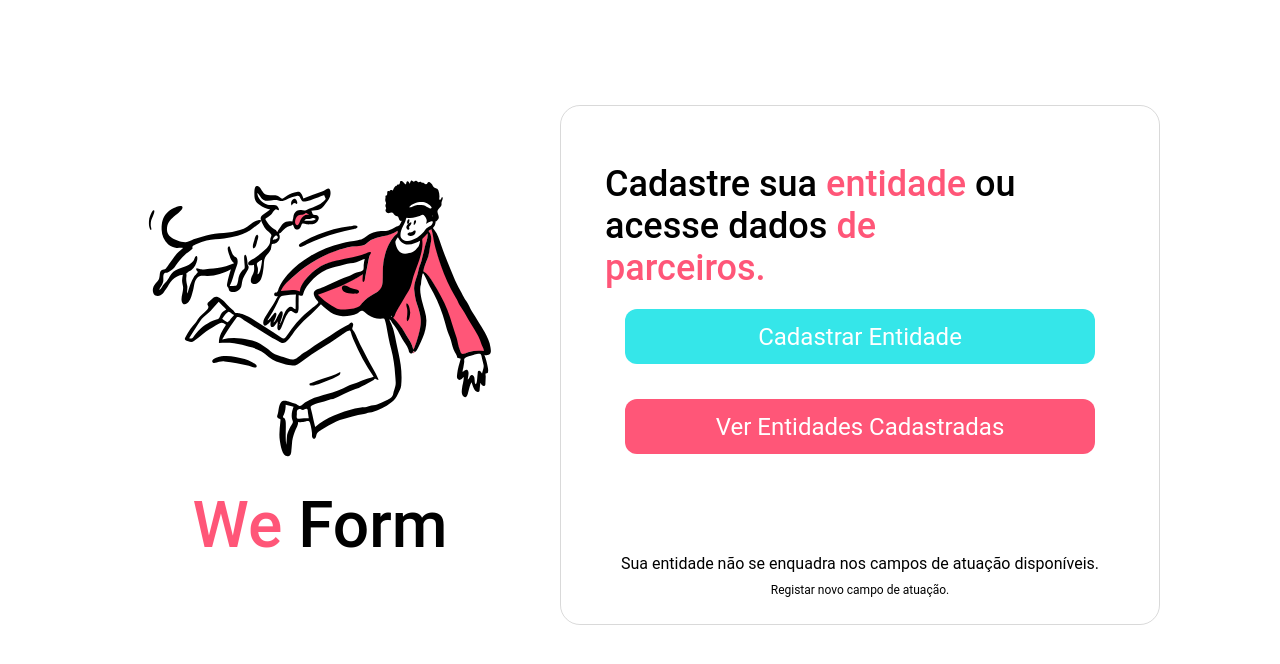
Repository: guilhermecardoso93/we-form
Page: index.html
An editor plug-in stored every save of this project. The page is shown before and after the next save, followed by the edit.
The browser window is 1280 px wide. The pictures show the whole page.
Some web libraries are served in a nearby version.

Above is the page before, as saved 2024-06-09 17:56:04.

### index.html
<!DOCTYPE html>
<html lang="pt-BR">

<head>
    <meta charset="UTF-8">
    <meta name="viewport" content="width=device-width, initial-scale=1.0">
    <link rel="stylesheet" href="https://cdnjs.cloudflare.com/ajax/libs/font-awesome/5.13.1/css/all.min.css">
    <link rel="stylesheet" href="./styles.css">
    <title>We Form | Cadastrar</title>
</head>

<body>
    <div class="content">

        <aside>
            <img src="./assets/hero.svg" alt="Ilustração mulher com cachorro" />
            <h1>
                <span>We</span> Form
            </h1>
        </aside>

        <main>
            <h2>Cadastre sua <span>entidade</span> ou acesse dados <span>de parceiros.</span></h2>
            <div class="buttons">
                <button>
                <a href="nova-entidade.html">Cadastrar Entidade</a>
            </button>
                <button>
                <a href="./nova-entidade.html">Ver Entidades Cadastradas</a>
            </button>
            </div>
            <div class="footer">
                <p>Sua entidade não se enquadra nos campos de atuação disponíveis.</p>
                <a href="http://">Registar novo campo de atuação.</a>
            </div>
        </main>
    </div>
</body>

</html>

### styles.css
* {
  padding: 0;
  margin: 0;
  box-sizing: border-box;
  font-family: Roboto, sans-serif;
}

:root {
  font-size: 62.5%;
}

body {
  font-size: 1.6rem;
  text-decoration: none;
}

.content {
 display: flex;
 flex-wrap: wrap-reverse;
 align-items: center;
 justify-content:center;
 gap: 4rem;
 margin: 10.5rem 0 4rem 0;
}


aside {
  display: flex;
  flex-direction: column;
  align-items: center;
  justify-content: center;
  gap: 2rem;
}

aside h1 {
  font-size: 6.4rem;
  font-weight: 500;
  line-height: 75px;
}

aside h1>span, main h2>span {
  color: #FF5678;
}

aside img {
  width: 40rem;
}


main {
  width: 60rem;
  height: 52rem;
  border: 1px solid rgba(0, 0, 0, 0.15);
  border-radius: 20px;
  padding: 5.7rem 4.4rem;
}

main h2 {
  max-width: 43rem;
  font-size: 3.6rem;
  font-weight: 500;
}

.buttons {
  display: flex;
  flex-direction: column;
  justify-content: center;
  gap: 3.5rem;
  margin: 2rem;
}


.buttons button {
  background-color: #35e6e9;
  height: 5.5rem;
  border: none;
  border-radius: 12px;
}

.buttons button:hover {
  opacity: 0.5;
}

.buttons button a {
  text-decoration: none;
  color: #fff;
  font-size: 2.4rem;
}

.buttons button+button {
  background-color: #FF5678;
}

.footer {
  display: flex;
  flex-direction: column;
  align-items: center;
  justify-content: center;
  gap: 1rem;
}

.footer p {
  font-size: 1.6rem;
  margin-top: 8rem;
}

.footer a {
  font-size: 1.2rem;
  color: #000;
  text-decoration: none;
}

After the next save:
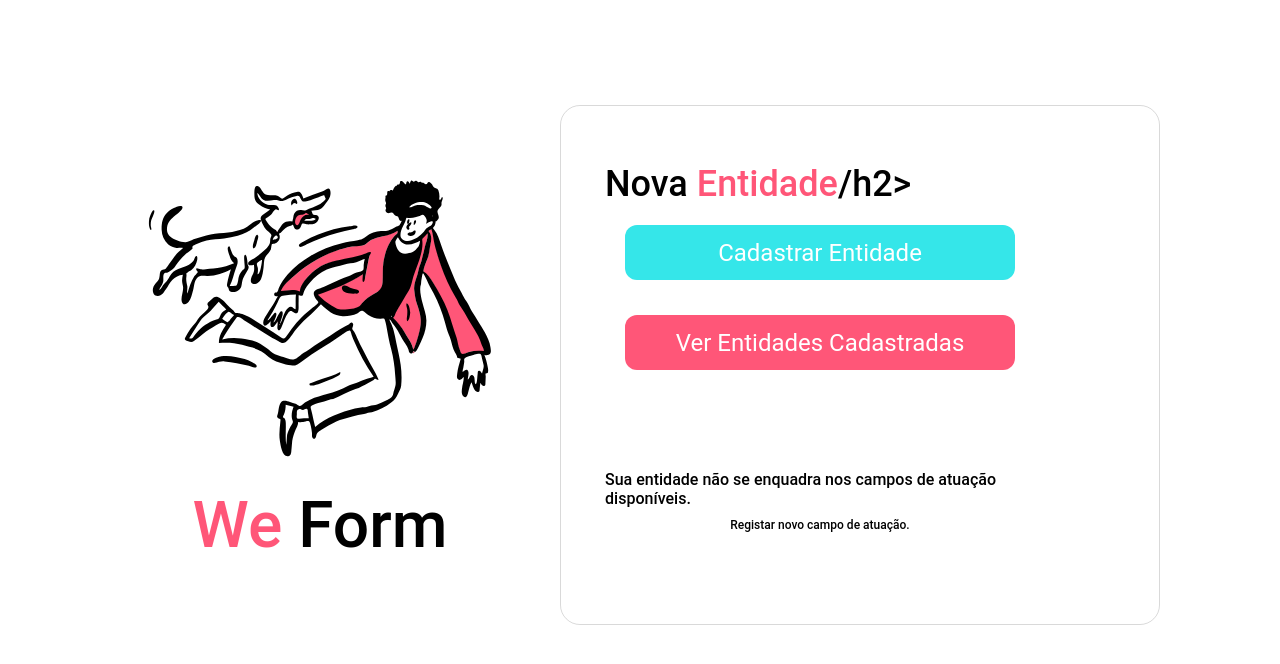
Saved 36 s later.
--- a/index.html
+++ b/index.html
@@ -20,7 +20,7 @@
         </aside>
 
         <main>
-            <h2>Cadastre sua <span>entidade</span> ou acesse dados <span>de parceiros.</span></h2>
+            <h2>Nova <span>Entidade</span>/h2>
             <div class="buttons">
                 <button>
                 <a href="nova-entidade.html">Cadastrar Entidade</a>

After the save that followed:
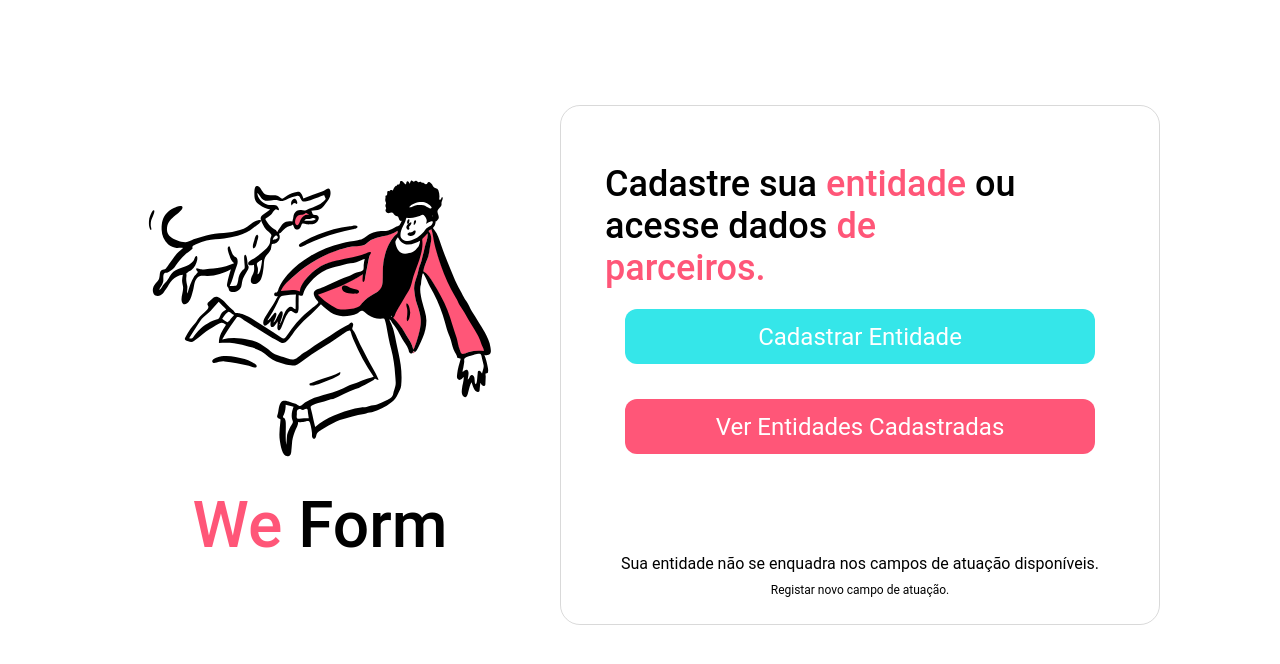
Saved 10 s later.
--- a/index.html
+++ b/index.html
@@ -20,7 +20,7 @@
         </aside>
 
         <main>
-            <h2>Nova <span>Entidade</span>/h2>
+            <h2>Cadastre sua <span>entidade</span> ou acesse dados <span>de parceiros.</span></h2>
             <div class="buttons">
                 <button>
                 <a href="nova-entidade.html">Cadastrar Entidade</a>
